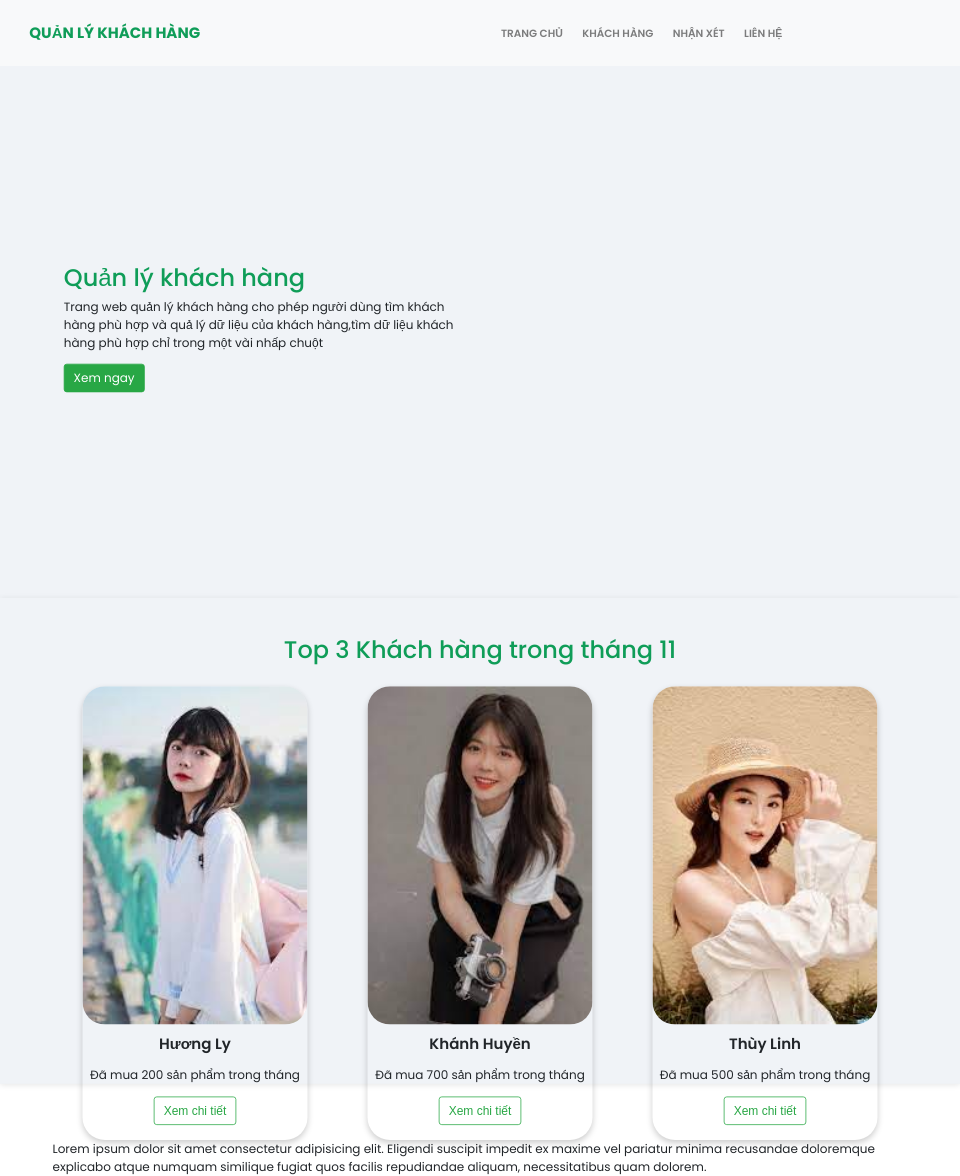
Repository: huutien1904/bt2-ltw
Page: index.html
These files come from the project's save history. The page is drawn as it stood at one moment and after the next save; the edit follows.
The browser window is 1280 px wide. The pictures show the whole page, at 75% of full size.

Above is the page before, as saved 2021-11-04 09:21:49.

After the next save:
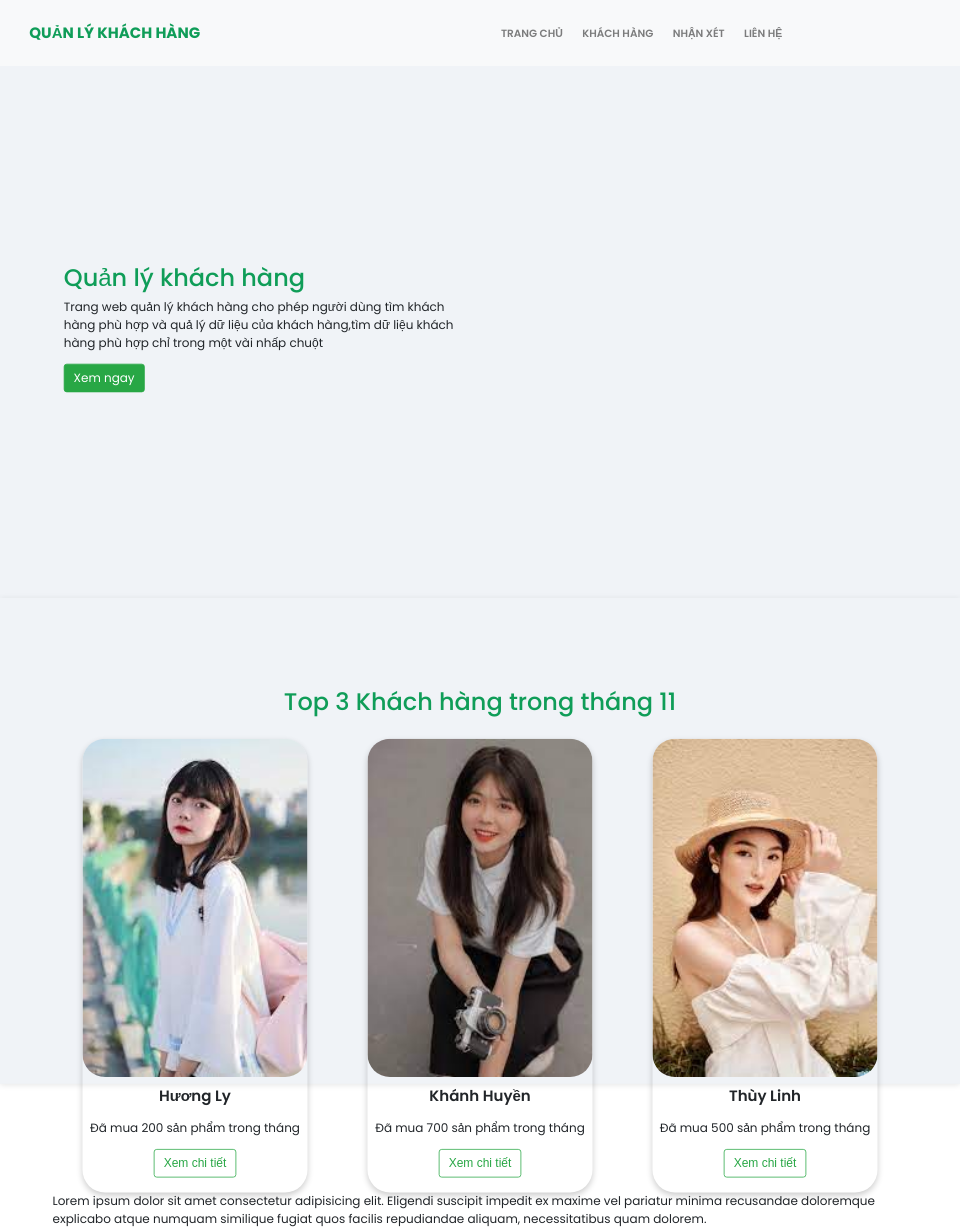
Saved 10 s later.
--- a/style.css
+++ b/style.css
@@ -56,7 +56,7 @@ body {
 }
 #customer{
   height: 90vh;
-  padding-top: 30px;
+  padding-top: 100px;
   background-color: var(--backgound-color);
   box-shadow: 0 2px 8px rgb(0 0 0 / 10%);
 
